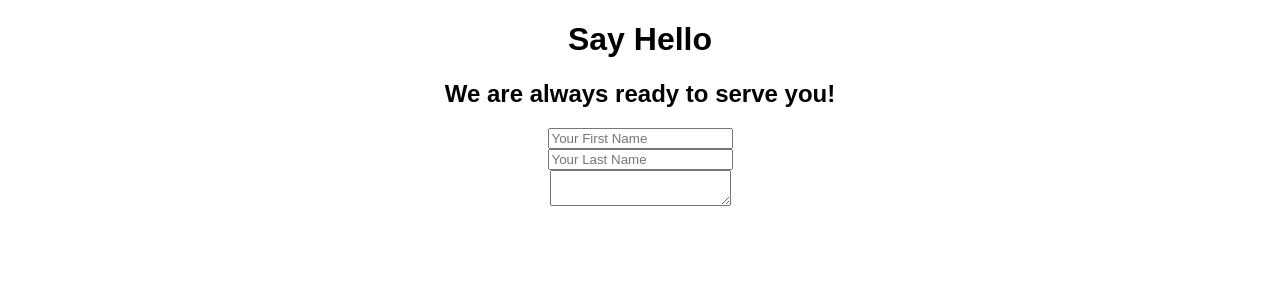
Repository: Owusuharriet/HW1-HAMAH.index.html
Page: index.htm
These files come from the project's save history. The page is drawn as it stood at one moment and after a run of saves; the edit follows.
The browser window is 1280 px wide. The pictures show the whole page.

Above is the page before, as saved 2020-08-03 22:29:16.

After the next 3 saves:
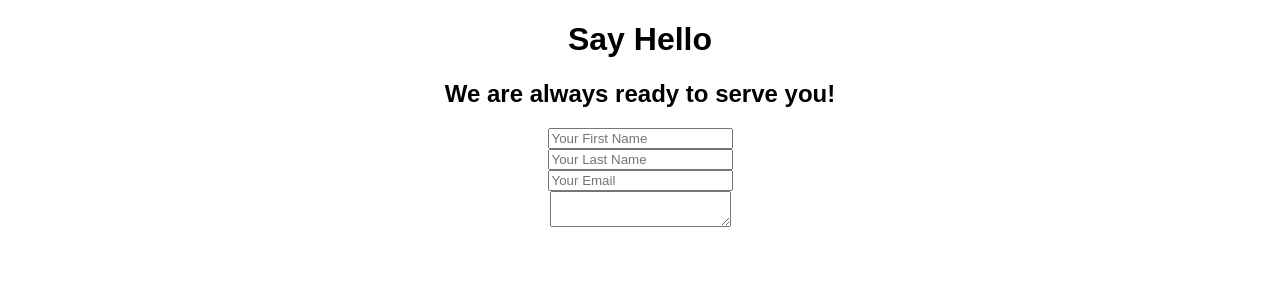
The 3 saves are shown as one change because they came seconds apart.
The last was saved 17 s later.
--- a/index.htm
+++ b/index.htm
@@ -15,7 +15,7 @@
     <div class="contact-form">
         <form id="contact-form" method="post" action=""></form>
         <input name="name" type="text" class="form-control" placeholder="Your First Name" required><br>
-        <input name="name" type="text" class="form-control" placeholder="Your Last Name" required
+        <input name="name" type="text" class="form-control" placeholder="Your Last Name" required><br>
         <input name="emil" type="email" class="from-control" placeholder="Your Email"required><br>
 
 
